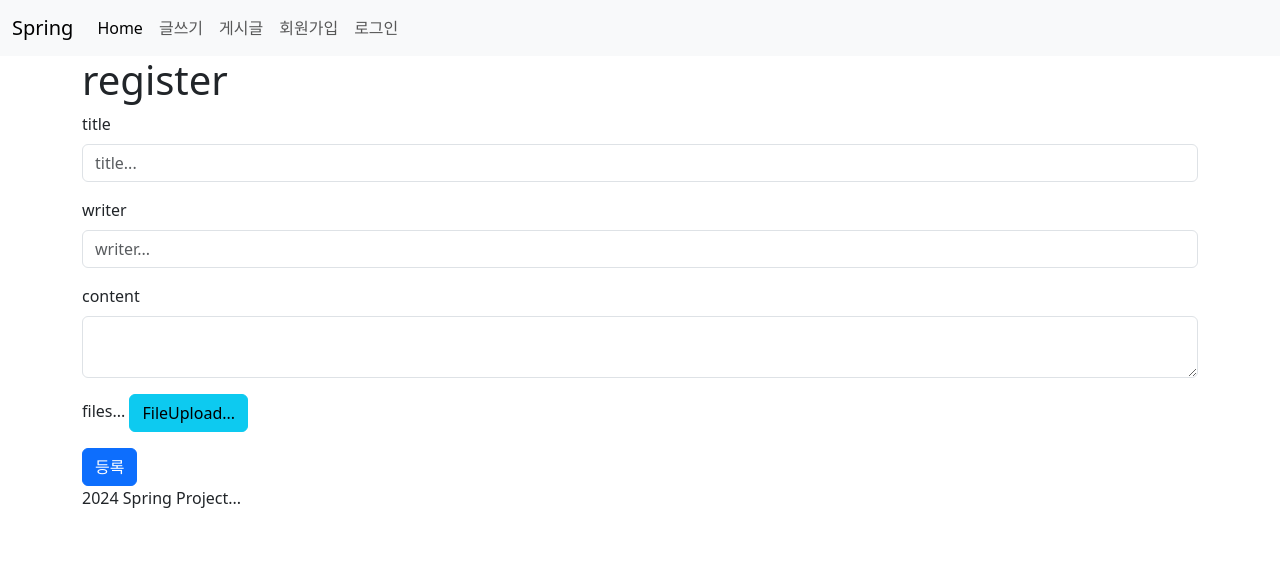
Repository: dlwpsdlwps/springTest240430
Page: http://localhost/spring_study/WEB-INF/views/board/register.jsp
The author's editor kept a copy of each file at every save. The page is drawn from the files as they stood at one save, then again after the next save.
The browser window is 1280 px wide. The pictures show the whole page.
The page is served by Tomcat 9. Nobody is signed in. The template is opened directly, without the code that normally fills it, so the values that code supplies are empty.

Above is the page before, as saved 2024-04-29 01:36:20.

After the next save:
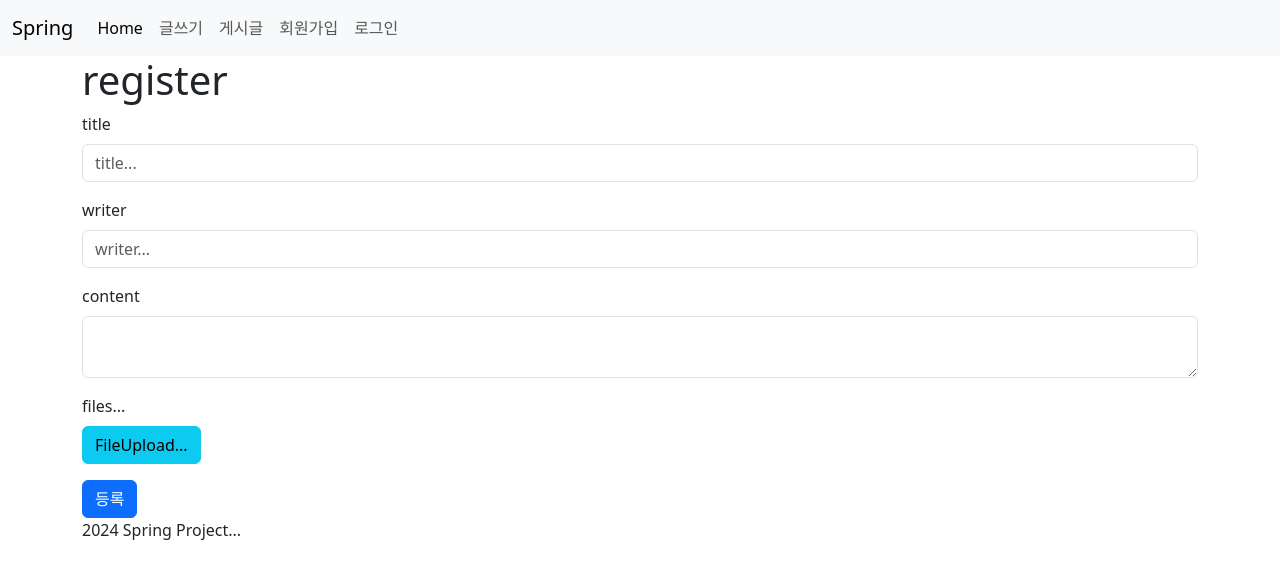
Saved 14 s later.
--- a/spring_study/src/main/webapp/WEB-INF/views/board/register.jsp
+++ b/spring_study/src/main/webapp/WEB-INF/views/board/register.jsp
@@ -20,7 +20,7 @@
 		<!-- 파일 입력 라인 추가 -->
 		<div class="mb-3">
 		  <label for="file" class="form-label">files...</label>
-		  <input type="file" class="form-control" name="files" id="file" multiple="multiple" style="display: none">
+		  <input type="file" class="form-control" name="files" id="file" multiple="multiple" style="display: none"> <br>
 		  <button type="button" class="btn btn-info">FileUpload...</button>
 		</div>
 
